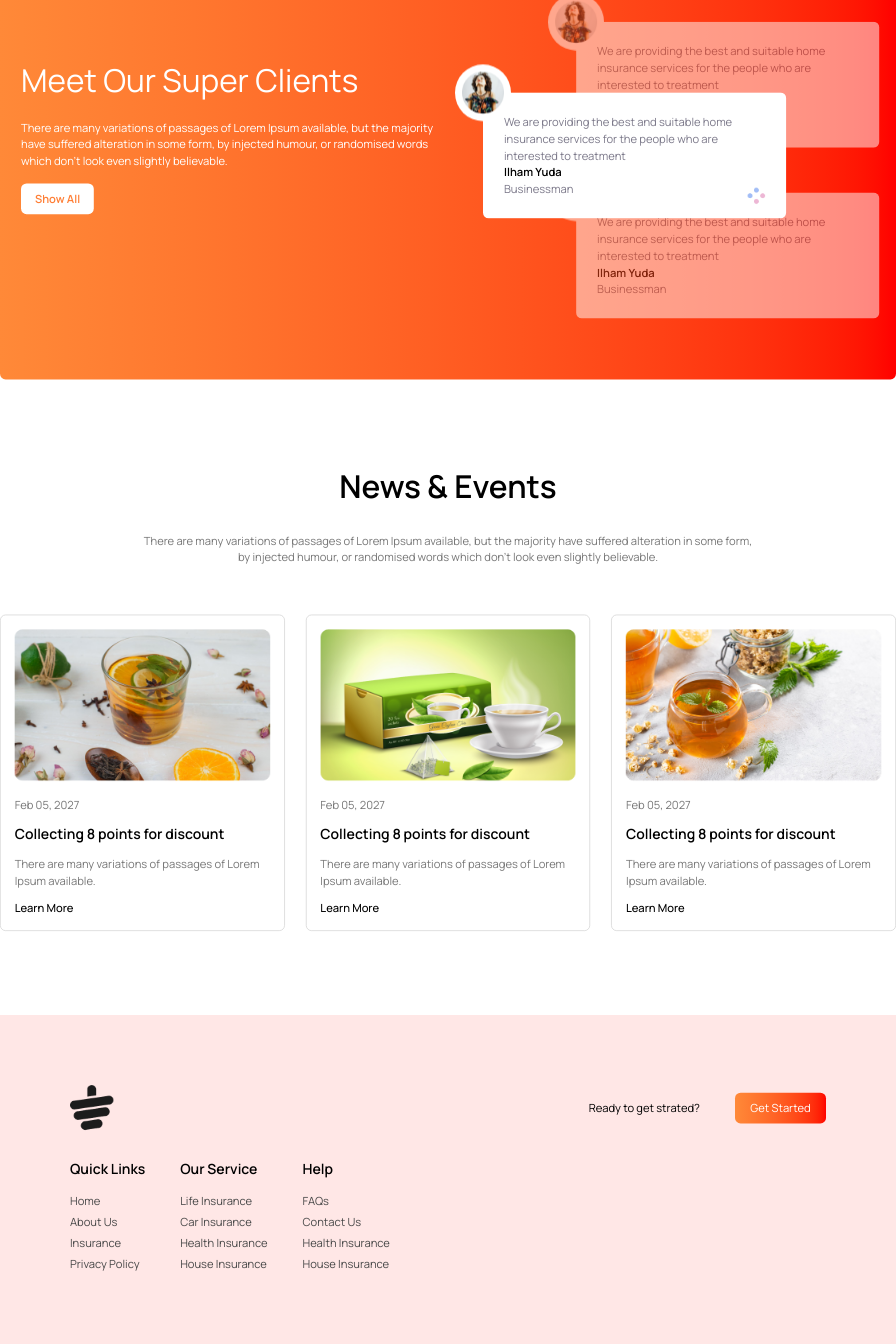
Repository: nahid-hasann/website-9
Page: index.html
An editor plug-in stored every save of this project. The page is shown before and after the next save, followed by the edit.
The browser window is 1280 px wide. The pictures show the part of the page from y = 2160 to 4080 px (the page is 4080 px tall), at 70% of full size.
Some web libraries are served in a nearby version.

Above is the page before, as saved 2025-08-17 21:36:34.

### index.html
<!DOCTYPE html>
<html lang="en">
<head>
    <meta charset="UTF-8">
    <meta name="viewport" content="width=device-width, initial-scale=1.0">
    <title>Tea House</title>
    <script src="https://cdn.jsdelivr.net/npm/@tailwindcss/browser@4"></script>
    <link rel="stylesheet" href="style.css">
    <link rel="stylesheet" href="https://cdnjs.cloudflare.com/ajax/libs/font-awesome/7.0.0/css/all.min.css" integrity="sha512-DxV+EoADOkOygM4IR9yXP8Sb2qwgidEmeqAEmDKIOfPRQZOWbXCzLC6vjbZyy0vPisbH2SyW27+ddLVCN+OMzQ==" crossorigin="anonymous" referrerpolicy="no-referrer" />

</head>
<body class="manrope-font">

<section class="banner-main-section max-w-[1300px]  flex flex-col md:flex-row  mx-auto  justify-between items-center">
    <div class="left-div">
        <h1 class="md:text-[80px] font-semibold text-[40px]">It's good <br> tea time at The <br> Tea House</h1>
        <p class="text-[18px] text-[#777777]">Tea and Botanical Solutions Supplier Give Optimum <br> Satisfaction To Your Taste Buds.</p>
        <button class="bg-[#ff2710] text-[#fff3f1] btn-1 bg-gradient-to-r from-[#FF8938] to-[#FF0000]">Explor More <i class="fa-solid fa-arrow-right -rotate-45"></i> </button>
    </div>
    <div class="right-div relative">
        <img src="images/banner.png" alt="">
        <div class="ratting bg-[#ffffff] shadow-2xl flex gap-2 items-center w-[230px] justify-center py-[15px] absolute bottom-[25px] left-[110px] rounded-[8px]">
              <div>
                <i class="fa-solid fa-star text-yellow-500 text-[23px]"></i>
              </div>
              <div>
                <h1 class="font-bold text-[23px]">5.00</h1>
                <p class="text-[#777777]">Trust Pilot Ratings</p>
              </div>
        </div>
    </div>
</section>

<section class="featured-section max-w-[1300px]  mx-auto my-[120px]">
     <div class="futured-text">
         <h1 class="md:text-[45px] text-[30px] font-semibold text-center">Our Featured Products</h1>
         <p class="text-[16px] text-[#777777] text-center my-[20px] md:w-[900px] mx-auto">There are many variations of passages of Lorem Ipsum available, but the majority have suffered alteration in some form, by injected humour, or randomised words which don't look even slightly believable. </p>
     </div>
     <div class="product-card flex flex-col md:flex-row gap-[30px] justify-center items-center ">
        <div class="card">
             <img src="images/tea-1.png" alt="">
             <h1>Milk Tea</h1>
             <p>Creamer could be replaced by fresh milk</p>
        </div>
        <div class="card">
             <img src="images/tea-2.png" alt="">
             <h1>Black Tea</h1>
             <p>Creamer could be replaced by fresh milk</p>
        </div>
        <div class="card">
             <img src="images/tea-3.png" alt="">
             <h1>Lemon Tea</h1>
             <p>Creamer could be replaced by fresh milk</p>
        </div>
        <div class="card">
             <img src="images/tea-4.png" alt="">
             <h1>Green Tea</h1>
             <p>Creamer could be replaced by fresh milk</p>
        </div>
     </div>
</section>

<section class="great-tea-section max-w-[1300px] mx-auto mb-[120px]">
    <div class="great-tea-main-section flex flex-col justify-center items-center md:flex-row gap-[50px]">
        <div class="div-left grid grid-cols-1 md:grid-cols-2  grid-rows-3 gap-[50px] max-w-[50%] ">
             <div class="grid-layout  bg-gradient-to-r from-[#ffe7e6] to-[#fff3eb] rounded-lg"></div>
             <div class="grid-layout row-span-2 bg-[#eef1eb] p-5 flex justify-center items-center rounded-lg">
                <img src="images/fresh-2.png" alt=""></div>
             <div class="grid-layout row-span-2 bg-[#fcf6e9] p-5 flex justify-center items-center rounded-lg" >
                <img src="images/fresh-1.png" alt=""></div>
             <div class="grid-layout bg-gradient-to-r from-[#D9D9D9] to-[#FFFFFF] rounded-lg"></div>
        </div>
        <div class="div-right max-w-[50%]">
           <h1 class="text-[45px] font-semibold text-center md:text-left">Great Tea, Freshly <br> Presented</h1>
           <p class="text-[16px] text-[#777777] my-[17px] text-center md:text-left">The meaning of gong cha is chanese is to provide the best tea to emperor from all possessions . It represents the highest quality and self expectation. Establishing in 2006, Gong cha had been deeply appreciated by its custoers  because of good words of mouth and unique customized service orginated from Taiwan.</p>
           <h4 class="text-[20px ] font-semibold mb-[14px] text-center md:text-left">Unique Taste</h4>
           <p class="mb-[17px] text-[#777777] text-center md:text-left">A Unique and different style from other teapots gives a <br> luxurious and minimalist impression</p>
           <h4 class="text-[20px ] font-semibold mb-[14px] text-center md:text-left">Premium Quality</h4>
           <p class="text-[#777777] text-center md:text-left">Premium Quality that makes tea more elegant and more <br> durable when you use it.</p>
        </div>
    </div>
</section>

<section class="review-section max-w-[1300px] bg-gradient-to-r from-[#FF8938] to-[#FF0000] mx-auto p-[30px] rounded-lg mb-[120px]  md:max-h-[650px] h-[1000px]">
     <div class="review-section-main-div grid grid-cols-1 md:grid-cols-2 ">
        <div class="left-review-text md:my-[160px] my-[20px]">
         <h1 class=" text-[45px] text-white md:text-left text-center">Meet Our Super Clients</h1>
         <p class="text-[16px] text-white my-[30px] md:my-[20px] md:text-left text-center">There are many variations of passages of Lorem Ipsum available, but the majority have suffered alteration in some form, by injected humour, or randomised words which don't look even slightly believable. </p>
         <button class="btn-2 bg-white text-[#ff7d33] py-[10px] px-[20px] rounded-lg font-semibold md:ml-0 ml-[155px]"> Show All </button>
        </div>
        <div class="right-review-card relative grid items-center justify-center">
            <div class="review-card bg-white p-[30px] top-[210px]  left-[50px] md:max-w-[433px]  w-[70vw] absolute grid justify-center items-center rounded-lg z-999">
                <p class="text-[#7c798a]">We are providing the best and suitable home insurance services for the people who are interested to treatment</p>
            <h4 class="font-semibold">Ilham Yuda</h4>
            <p class="text-[#7c798a]">Businessman</p>
            <div class="review-img absolute -top-[40px] -left-[40px] bg-white p-[10px] rounded-[50%]">
                <img src="images/client.png" alt="">
            </div>
            <img src="images/circles.png" class="absolute right-[30px] bottom-[20px]" alt="">
            </div>
            <div class="review-card bg-white p-[30px] md:max-w-[433px] w-[70vw]  absolute grid justify-center items-center rounded-lg md:top-[20%] md:left-[30%] opacity-[0.5] top-[-40px] left-[100px]">
                <p class="text-[#7c798a]">We are providing the best and suitable home insurance services for the people who are interested to treatment</p>
            <h4 class="font-semibold">Ilham Yuda</h4>
            <p class="text-[#7c798a]">Businessman</p>
            <div class="review-img absolute -top-[40px] -left-[40px] bg-white p-[10px] rounded-[50%]">
                <img src="images/client.png" alt="">
            </div>
            </div>
            <div class="review-card bg-white p-[30px] md:max-w-[433px] w-[70vw]  absolute grid justify-center items-center rounded-lg md:top-[65%] md:left-[30%] opacity-[0.5] top-[310px] left-[100px]">
                <p class="text-[#7c798a]">We are providing the best and suitable home insurance services for the people who are interested to treatment</p>
            <h4 class="font-semibold">Ilham Yuda</h4>
            <p class="text-[#7c798a]">Businessman</p>
            <div class="review-img absolute -top-[40px] -left-[40px] bg-white p-[10px] rounded-[50%]">
                <img src="images/client.png" alt="">
            </div>
            </div>
        </div>
     </div>
</section>

<section class="new-events-section mb-[120px] max-w-[1300px] mx-auto">
    <h1 class="md:text-[45px] text-[30px] text-center font-semibold">News & Events</h1>
    <p class="text-[#777777] text-center mt-[30px] mb-[70px] ">There are many variations of passages of Lorem Ipsum available, but the majority have suffered alteration in some form, <br> by injected humour, or randomised words which don't look even slightly believable. </p>
    <div class="new-events-card grid grid-cols-1 md:grid-cols-3 gap-[30px] justify-center items-center md:p-0 p-[20px]">
        <div class="cards bg-[#ffffff] border border-[#D2D2D2] p-[20px]  rounded-lg">
            <img src="images/news-2.png" class="w-full" alt="">
            <p class="text-[#777777] mt-[22px]">Feb 05, 2027</p>
            <h1 class="text-[20px] font-semibold my-[15px]">Collecting 8 points for discount</h1>
            <p class="mb-[15px] text-[#777777]">There are many variations of passages of Lorem Ipsum available.</p>
            <p class="font-medium">Learn More</p>
        </div>
          <div class="cards bg-[#ffffff] border border-[#D2D2D2] p-[20px] grid grid-cols-1  justify-center items-center rounded-lg ">
            <img src="images/news-1.png" class="w-full" alt="">
            <p class="text-[#777777] mt-[22px]">Feb 05, 2027</p>
            <h1 class="text-[20px] font-semibold my-[15px]">Collecting 8 points for discount</h1>
            <p class="mb-[15px] text-[#777777]">There are many variations of passages of Lorem Ipsum available.</p>
            <p class="font-medium">Learn More</p>
        </div>
         <div class="cards bg-[#ffffff] border border-[#D2D2D2] p-[20px] grid grid-cols-1  justify-center items-center rounded-lg ">
            <img src="images/news-3.png" class="w-full" alt="">
            <p class="text-[#777777] mt-[22px]">Feb 05, 2027</p>
            <h1 class="text-[20px] font-semibold my-[15px]">Collecting 8 points for discount</h1>
            <p class="mb-[15px] text-[#777777]">There are many variations of passages of Lorem Ipsum available.</p>
            <p class="font-medium">Learn More</p>
        </div>
    </div>
</section>

<footer class="bg-[#ffe7e6] p-[100px]">
    <div class="footer-1 flex flex-col md:flex-row justify-between items-center w-[100%] md:max-w-[1200px] md:mx-auto">
       <img src="images/cup.png" class="w-[62px] mb-[30px] md:mb-0" alt="">
        <div class="footer-right-text flex flex-col md:flex-row items-center justify-center gap-4 md:gap-[50px]">
            <p>Ready to get strated?</p>
            <button class="btn-3 bg-gradient-to-r from-[#FF8938] to-[#FF0000] py-[10px] px-[22px] rounded-lg text-white">Get Started</button>
        </div>
    </div>
    <div class="footer-2  w-[100%] md:max-w-[1200px] md:mx-auto flex flex-col md:flex-row gap-[50px]">
        <div class="footer-text-1 mt-[40px]">
            <h5 class="font-semibold text-[20px]">Quick Links</h5>
            <ul>
                <li>Home</li>
                <li>About Us</li>
                <li>Insurance</li>
                <li>Privacy Policy</li>
            </ul>
        </div>
        <div class="footer-text-1 mt-[40px]">
            <h5 class="font-semibold text-[20px]">Our Service</h5>
            <ul>
                <li>Life Insurance</li>
                <li>Car Insurance</li>
                <li>Health Insurance</li>
                <li>House Insurance</li>
            </ul>
        </div>
         <div class="footer-text-1 mt-[40px]">
            <h5 class="font-semibold text-[20px]">Help</h5>
            <ul>
                <li>FAQs</li>
                <li>Contact Us</li>
                <li>Health Insurance</li>
                <li>House Insurance</li>
            </ul>
        </div>

    </div>
</footer>





<script>
  if ('scrollRestoration' in history) {
    history.scrollRestoration = 'manual';
  }
  window.addEventListener('beforeunload', () => {
    localStorage.setItem('scrollX', String(window.scrollX));
    localStorage.setItem('scrollY', String(window.scrollY));
  });
  window.addEventListener('load', () => {
    const x = Number(localStorage.getItem('scrollX') || 0);
    const y = Number(localStorage.getItem('scrollY') || 0);
    window.scrollTo(x, y);
  });
</script>
</body>
</html>

### style.css
@import url('https://fonts.googleapis.com/css2?family=Manrope:wght@200..800&display=swap');


.manrope-font{
    font-family: "Manrope", sans-serif;
}

.banner-main-section{
    margin: 120px auto;
}

.left-div p{
    margin: 30px 0;
}

.btn-1{
    padding: 10px 22px;
    border-radius: 7px;
}

.card{
    background-color: #f8f8f8;
    display: flex;
    flex-direction: column;
    justify-content: center;
    align-items: center;
    padding: 20px 20px;
    border-radius: 7px;
    margin-top: 50px;
}

.card h1{
    font-size: 25px;
    font-weight: 600;
    margin-top: 14px;
}

.card p{
    font-size: 16px;
    color: #777777;
    text-align: center;
}


.footer-2 ul{
    margin-top: 15px;
    line-height: 30px;
}
.footer-2 ul li{
     font-size: 16px;
     color: #494949;
}

After the next save:
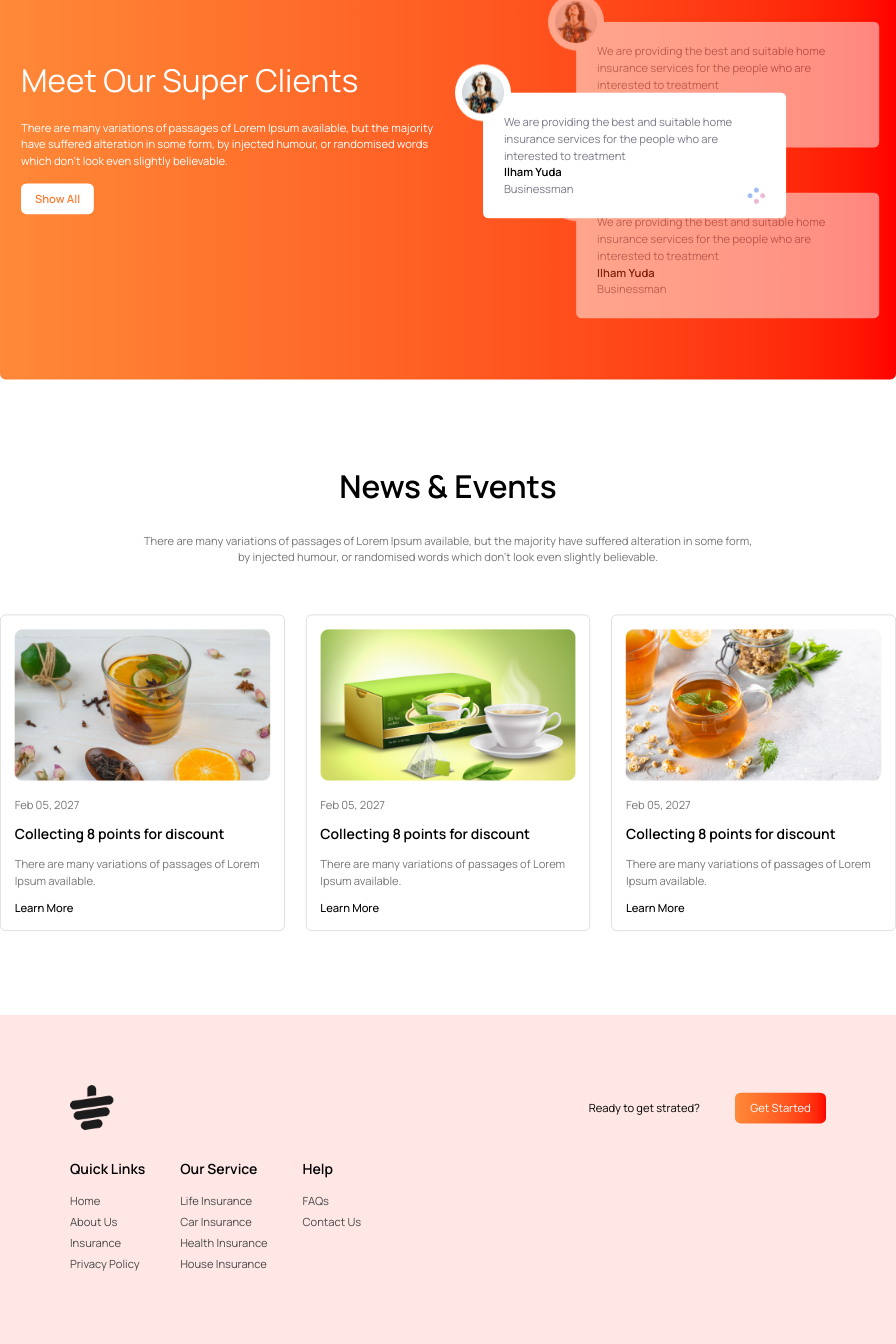
Saved 7 s later.
--- a/index.html
+++ b/index.html
@@ -178,8 +178,6 @@
             <ul>
                 <li>FAQs</li>
                 <li>Contact Us</li>
-                <li>Health Insurance</li>
-                <li>House Insurance</li>
             </ul>
         </div>
 
